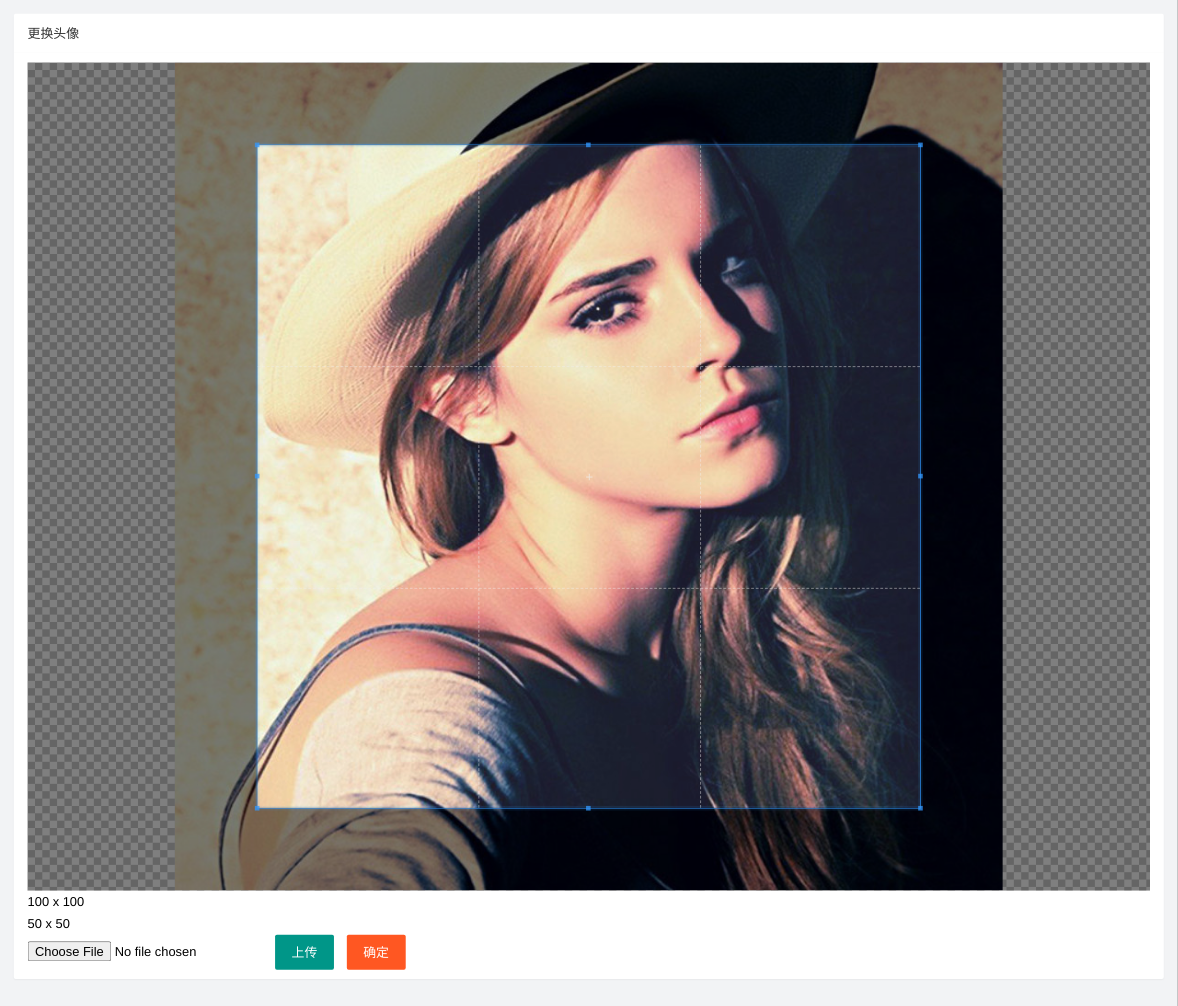
Repository: keyboying1/web_bigevent
Page: user/user_avatar.html
An editor plug-in stored every save of this project. The page is shown before and after the next save, followed by the edit.
The browser window is 1280 px wide. The pictures show the whole page, at 92% of full size.

Above is the page before, as saved 2022-11-19 20:57:19.

After the next save:
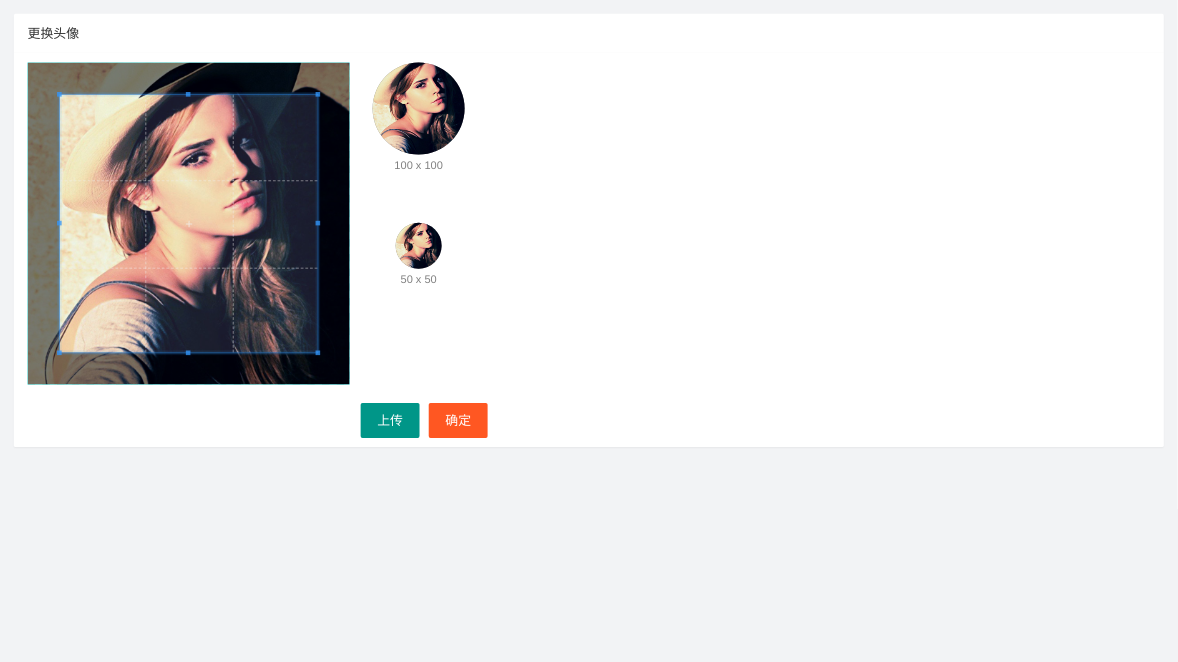
Saved 89 s later.
--- a/assets/css/user/user_avatar.css
+++ b/assets/css/user/user_avatar.css
@@ -1,13 +1,75 @@
-html,body{
-    margin: 0;
-    padding: 0;
+html,
+body {
+  margin: 0;
+  padding: 0;
 }
 
 body {
-    background-color: #f2f3f5;
-    padding: 15px;
+  padding: 15px;
+  background-color: #f2f3f5;
+}
 
+/* 设置卡片主体区域的宽度 */
+.layui-card-body {
+  width: 500px;
 }
-/* .layui-form {
-    width: 500px;
-} */
+
+/* 设置按钮行的样式 */
+.row2 {
+  display: flex;
+  justify-content: flex-end;
+  margin-top: 20px;
+}
+
+/* 设置裁剪区域的样式 */
+.cropper-box {
+  width: 350px;
+  height: 350px;
+  background-color: cyan;
+  overflow: hidden;
+}
+
+/* 设置第一个预览区域的样式 */
+.w100 {
+  width: 100px;
+  height: 100px;
+  background-color: gray;
+}
+
+/* 设置第二个预览区域的样式 */
+.w50 {
+  width: 50px;
+  height: 50px;
+  background-color: gray;
+  margin-top: 50px;
+}
+
+/* 设置预览区域下方文本的样式 */
+.size {
+  font-size: 12px;
+  color: gray;
+  text-align: center;
+}
+
+/* 设置图片行的样式 */
+.row1 {
+  display: flex;
+}
+
+/* 设置 preview-box 区域的的样式 */
+.preview-box {
+  display: flex;
+  flex-direction: column;
+  flex: 1;
+  align-items: center;
+}
+
+/* 设置 img-preview 区域的样式 */
+.img-preview {
+  overflow: hidden;
+  border-radius: 50%;
+}
+
+#file {
+  display: none;
+}
